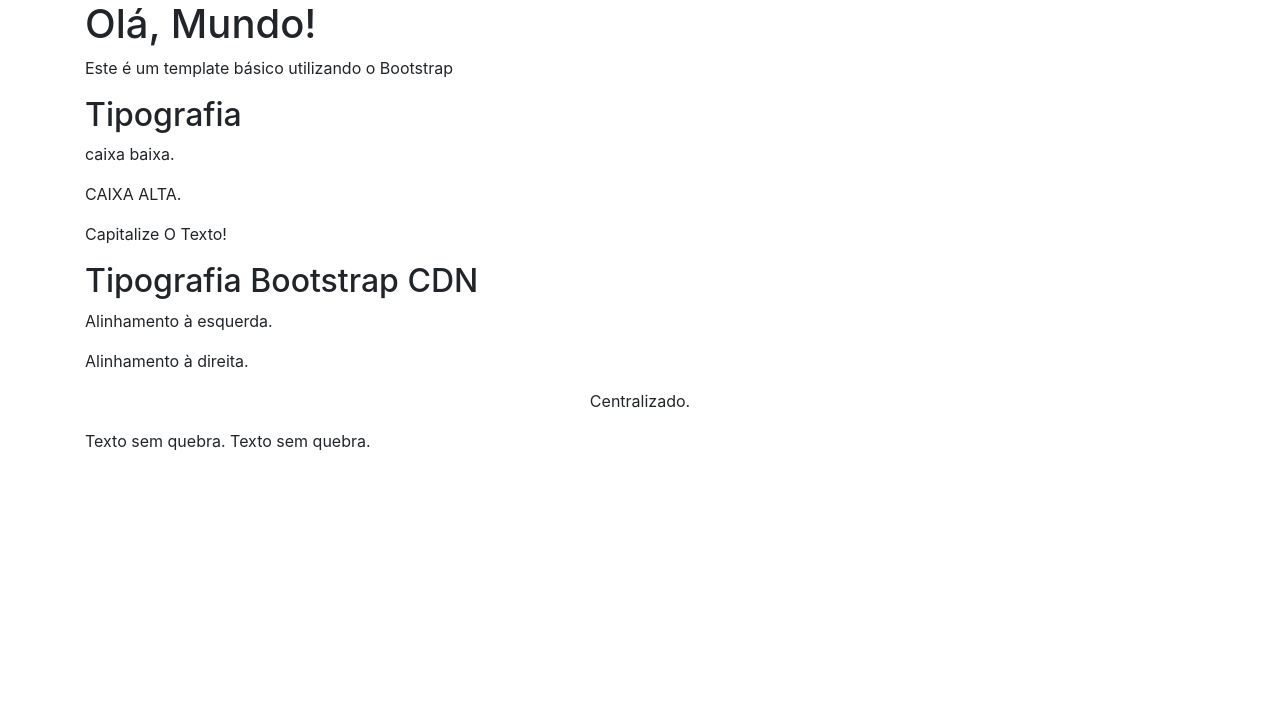
Repository: In-Game-full/Reprograme-se
Page: S-3/Aula-11(associação de CSS)/Praticas sugeridas/index.html
The author's editor kept a copy of each file at every save. The page is drawn from the files as they stood at one save, then again after the next save.
The browser window is 1280 px wide. The pictures show the whole page.
Some web libraries are served in a nearby version.

Above is the page before, as saved 2023-08-02 09:31:43.
Console error (its wording comes from the project's code and is left out).

### S-3/Aula-11(associação de CSS)/Praticas sugeridas/index.html
<!DOCTYPE html>

<html lang="pt-br">

<head>

    <meta charset="utf-8">

    <meta http-equiv="X-UA-Compatible" content="IE=edge">

    <title>Bootstrap Starter Template - Exemplo Trybe </title>

    <meta name="viewport" content="width=device-width, initial-scale=1">

    <!-- Bootstrap CSS -->
    <link rel="stylesheet" type="text/css"
        href="https://maxcdn.bootstrapcdn.com/bootstrap/4.0.0-beta.2/css/bootstrap.min.css">

    <!-- Bootstrap JS -->
    <script src="https://maxcdn.bootstrapcdn.com/bootstrap/3.3.7/js/bootstrap.min.js"></script>

</head>

<body>

    <div class="container">

        <h1>Olá, Mundo!</h1>

        <p>Este é um template básico utilizando o Bootstrap</p>

    </div>
    <!-- Classes de capitalização -->
    <div class="container mt-3">
        <h2>Tipografia</h2>
        <p class="text-lowercase">Caixa Baixa.</p>
        <p class="text-uppercase">Caixa Alta.</p>
        <p class="text-capitalize">Capitalize o texto!</p>
    </div>

    <!-- Classes de Alinhamento -->
    <div class="container mt-3">
        <h2>Tipografia Bootstrap CDN</h2>
        <p class="text-start">Alinhamento à esquerda.</p>
        <p class="text-end">Alinhamento à direita.</p>
        <p class="text-center">Centralizado.</p>
        <p class="text-nowrap">Texto sem quebra. Texto sem quebra. </p>
    </div>
    <!-- Classes de estilização de listas -->

    <!-- --------------------------- -->

    <script src="https://code.jquery.com/jquery-3.2.1.slim.min.js"></script>

    <script src="https://cdnjs.cloudflare.com/ajax/libs/popper.js/1.14.3/umd/popper.min.js"></script>

    <script src="https://maxcdn.bootstrapcdn.com/bootstrap/4.0.0-beta.2/js/bootstrap.min.js"></script>

</body>

</html>

After the next save:
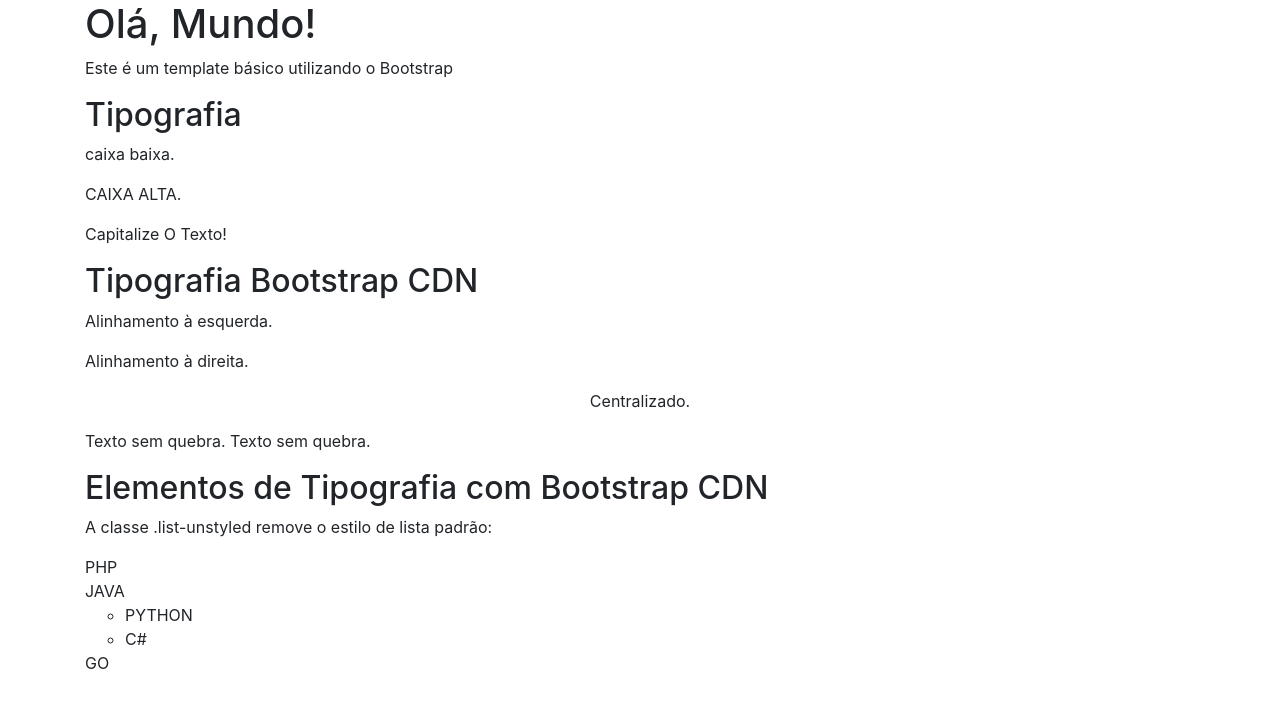
Saved 6 s later.
--- a/S-3/Aula-11(associação de CSS)/Praticas sugeridas/index.html
+++ b/S-3/Aula-11(associação de CSS)/Praticas sugeridas/index.html
@@ -47,7 +47,20 @@
         <p class="text-nowrap">Texto sem quebra. Texto sem quebra. </p>
     </div>
     <!-- Classes de estilização de listas -->
-
+    <div class="container mt-3">
+        <h2>Elementos de Tipografia com Bootstrap CDN</h2>
+        <p>A classe .list-unstyled remove o estilo de lista padrão:</p>
+        <ul class="list-unstyled">
+            <li>PHP</li>
+            <li>JAVA
+                <ul>
+                    <li>PYTHON</li>
+                    <li>C#</li>
+                </ul>
+            </li>
+            <li>GO</li>
+        </ul>
+    </div>
     <!-- --------------------------- -->
 
     <script src="https://code.jquery.com/jquery-3.2.1.slim.min.js"></script>
